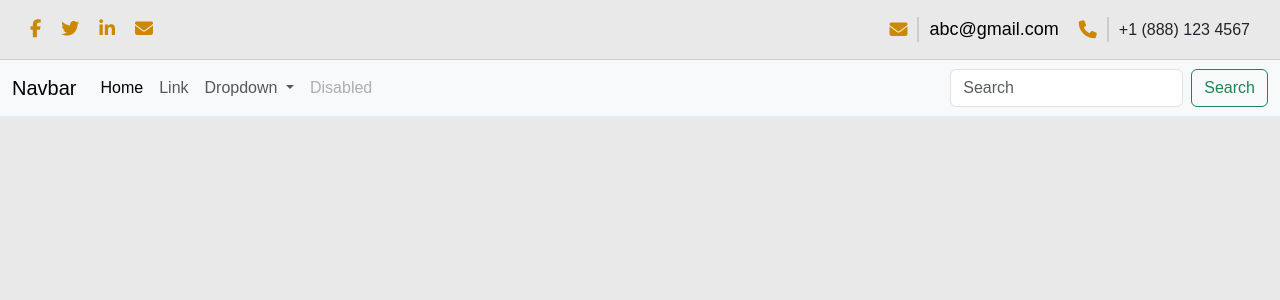
Repository: arehmanraza/lawyer_website
Page: Pages/index.html
The author's editor kept a copy of each file at every save. The page is drawn from the files as they stood at one save, then again after the next save.
The browser window is 1280 px wide. The pictures show the whole page.
Some web libraries are served in a nearby version.

Above is the page before, as saved 2024-05-22 01:37:00.

### Pages/index.html
<!DOCTYPE html>
<html lang="en">
  <head>
    <meta charset="utf-8" />
    <meta name="viewport" content="width=device-width, initial-scale=1" />
    <title>The Lawyer</title>
    <link
      rel="stylesheet"
      href="https://pro.fontawesome.com/releases/v5.10.0/css/all.css"
      integrity="sha384-AYmEC3Yw5cVb3ZcuHtOA93w35dYTsvhLPVnYs9eStHfGJvOvKxVfELGroGkvsg+p"
      crossorigin="anonymous"
    />
    <link rel="stylesheet" href="/Styling/style.css" />
    <link
      rel="stylesheet"
      href="https://cdnjs.cloudflare.com/ajax/libs/font-awesome/6.5.2/css/all.min.css"
      integrity="sha512-SnH5WK+bZxgPHs44uWIX+LLJAJ9/2PkPKZ5QiAj6Ta86w+fsb2TkcmfRyVX3pBnMFcV7oQPJkl9QevSCWr3W6A=="
      crossorigin="anonymous"
      referrerpolicy="no-referrer"
    />
    <link
      href="https://cdn.jsdelivr.net/npm/bootstrap@5.3.3/dist/css/bootstrap.min.css"
      rel="stylesheet"
      integrity="sha384-QWTKZyjpPEjISv5WaRU9OFeRpok6YctnYmDr5pNlyT2bRjXh0JMhjY6hW+ALEwIH"
      crossorigin="anonymous"
    />
  </head>
  <body>
    <div class="main-container">


      <!-- ---------------head_top_container start ------------------  -->




      <div class="head_top">
        <div class="head_top_left">
          <ul>
            <li>
              <i class="icon2 fa-brands fa-facebook-f"></i>
            </li>
            <li>
              <i class="icon2 fa-brands fa-twitter"></i>
            </li>
            <li>
              <i class="icon2 fa-brands fa-linkedin-in"></i>
            </li>
            <li>
              <i class="icon2 fa-solid fa-envelope"></i>
            </li>
          </ul>
        </div>
        <div class="head_top_right">
          <ul>
            <li>
              <i class="icon2 fa-solid fa-envelope"></i>
              <p class="border1"></p>
              <span><a class="phoneno" href = "mailto: a.rehman78766@gmail.com">abc@gmail.com</a></span>
            </li>
            <li>
              <i class="icon2 fa-solid fa-phone"></i>
              <p class="border1"></p>
              <span>+1 (888) 123 4567</span>
            </li>

          </ul>
        </div>
      </div>
      <!-- ---------------head_top_container end ------------------  -->






      <!-- ---------------Navbar_container start ------------------  -->


      <nav class="navbar navbar-expand-lg bg-body-tertiary">
        <div class="container-fluid">
          <a class="navbar-brand" href="#">Navbar</a>
          <button class="navbar-toggler" type="button" data-bs-toggle="collapse" data-bs-target="#navbarSupportedContent" aria-controls="navbarSupportedContent" aria-expanded="false" aria-label="Toggle navigation">
            <span class="navbar-toggler-icon"></span>
          </button>
          <div class="collapse navbar-collapse" id="navbarSupportedContent">
            <ul class="navbar-nav me-auto mb-2 mb-lg-0">
              <li class="nav-item">
                <a class="nav-link active" aria-current="page" href="#">Home</a>
              </li>
              <li class="nav-item">
                <a class="nav-link" href="#">Link</a>
              </li>
              <li class="nav-item dropdown">
                <a class="nav-link dropdown-toggle" href="#" role="button" data-bs-toggle="dropdown" aria-expanded="false">
                  Dropdown
                </a>
                <ul class="dropdown-menu">
                  <li><a class="dropdown-item" href="#">Action</a></li>
                  <li><a class="dropdown-item" href="#">Another action</a></li>
                  <li><hr class="dropdown-divider"></li>
                  <li><a class="dropdown-item" href="#">Something else here</a></li>
                </ul>
              </li>
              <li class="nav-item">
                <a class="nav-link disabled" aria-disabled="true">Disabled</a>
              </li>
            </ul>
            <form class="d-flex" role="search">
              <input class="form-control me-2" type="search" placeholder="Search" aria-label="Search">
              <button class="btn btn-outline-success" type="submit">Search</button>
            </form>
          </div>
        </div>
      </nav>





      <!-- ---------------Navbar_container end ------------------  -->





    </div>
    <script
      src="https://cdn.jsdelivr.net/npm/bootstrap@5.3.3/dist/js/bootstrap.bundle.min.js"
      integrity="sha384-YvpcrYf0tY3lHB60NNkmXc5s9fDVZLESaAA55NDzOxhy9GkcIdslK1eN7N6jIeHz"
      crossorigin="anonymous"
    ></script>
  </body>
</html>

### Styling/style.css
*{
    margin: 0;
    padding: 0;
    box-sizing: border-box;
    font-family: Arial, Helvetica, sans-serif, "Montserrat";
}
.main-container{
    background-color: #e9e9e9;
    width: 100%;
    height: 100vh;
    padding: 0px;
}

.head_top {
    width: 100%;
    height: 60px;
    display: flex;
    justify-content: space-between;
    align-items: center; /* Center items vertically */
    border-bottom: 1px solid #ccc;
    padding: 0px 20px;
}

.head_top_left {
    width: 50%;
    display: flex; /* Ensure the left container is also using flexbox */
    align-items: center; /* Center items vertically */
}
.head_top_left ul {
    display: flex;
    list-style: none;
    padding: 0;
    margin: 0;
}
.head_top_left ul li{
    padding: 0px 10px;
}
.head_top_right{
    display: flex;
    align-items: center;
    width: 50%;
}
.head_top_right ul{
    display: flex;
    list-style: none;
    padding: 0;
    margin: 0px 0px 0px auto;

}
.head_top_right ul li{
    padding: 0px 10px;
    display: flex;
    align-items: center;
}
.border1{
    border-left: 2px solid #ccc;

    height: 25px;
    margin: 0px 10px;
}
.icon2{
    color:  #cc8800;
  font-size: large;
}
.phoneno{
    color: black;
    font-size: 18px;
    font-weight: 500;
    text-decoration: none
}

After the next save:
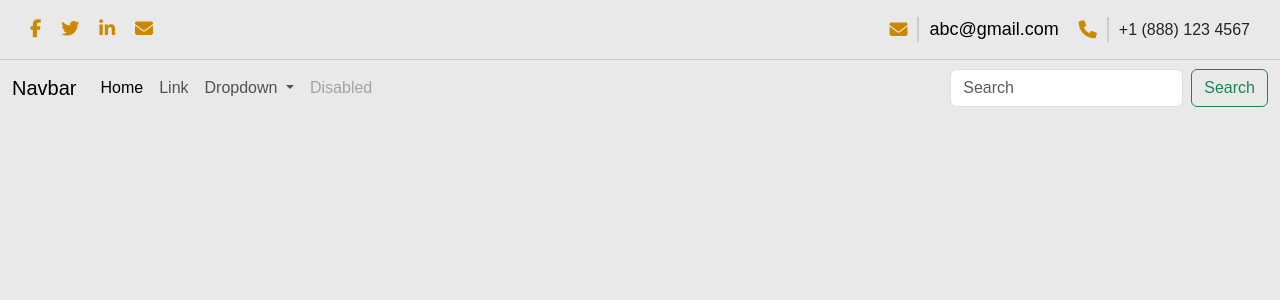
Saved 10 s later.
--- a/Pages/index.html
+++ b/Pages/index.html
@@ -77,7 +77,7 @@
       <!-- ---------------Navbar_container start ------------------  -->
 
 
-      <nav class="navbar navbar-expand-lg bg-body-tertiary">
+      <nav class="navbar navbar-expand-lg ">
         <div class="container-fluid">
           <a class="navbar-brand" href="#">Navbar</a>
           <button class="navbar-toggler" type="button" data-bs-toggle="collapse" data-bs-target="#navbarSupportedContent" aria-controls="navbarSupportedContent" aria-expanded="false" aria-label="Toggle navigation">
